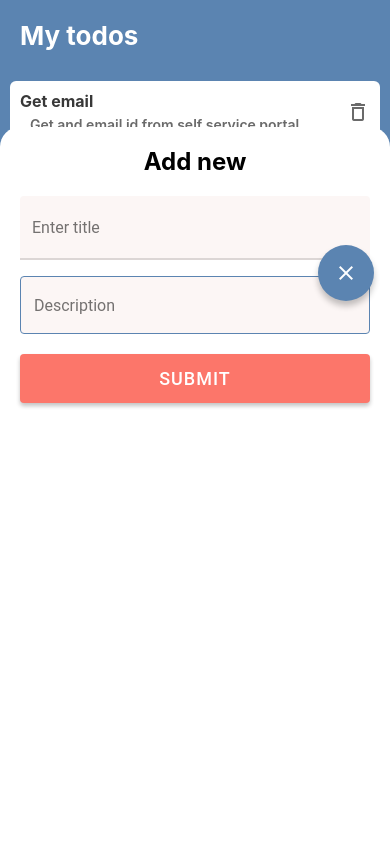
Repository: sadarsh216/Todo-App
Page: /, after clicking the first element matching `button.css-view-175oi2r`
These files come from the project's save history. The page is drawn as it stood at one moment and after the next save; the edit follows.
The browser window is 390 px wide. The pictures show the whole page.
The app was drawn by React Native's web renderer in a window 390 px wide. The project was rebuilt for these pictures with package versions that can differ from the ones it lists, and the page was loaded fresh each time.

Above is the page before, as saved 2021-10-09 14:58:53.

After the next save:
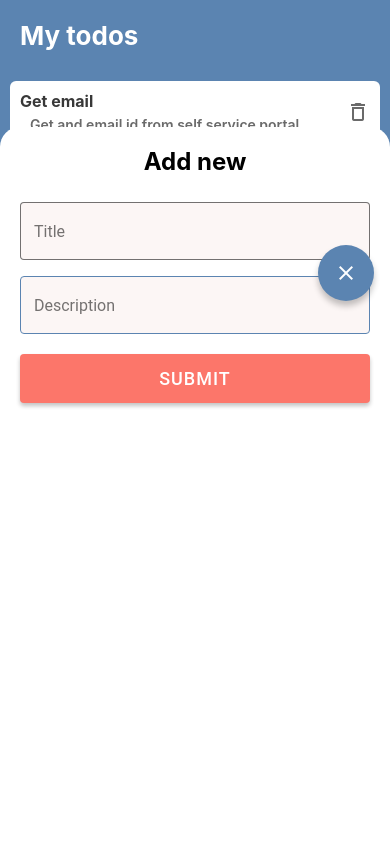
Saved 59 s later.
--- a/components/Modal.tsx
+++ b/components/Modal.tsx
@@ -18,9 +18,11 @@ export default function Modal() {
           <View style={styles.formContainer}>
             <TextInput
               style={styles.input}
+              label="Title"
               placeholder="Enter title"
               onChangeText={props.handleChange("title")}
               value={props.values.title}
+              mode="outlined"
             />
             <TextInput
               style={styles.input}
